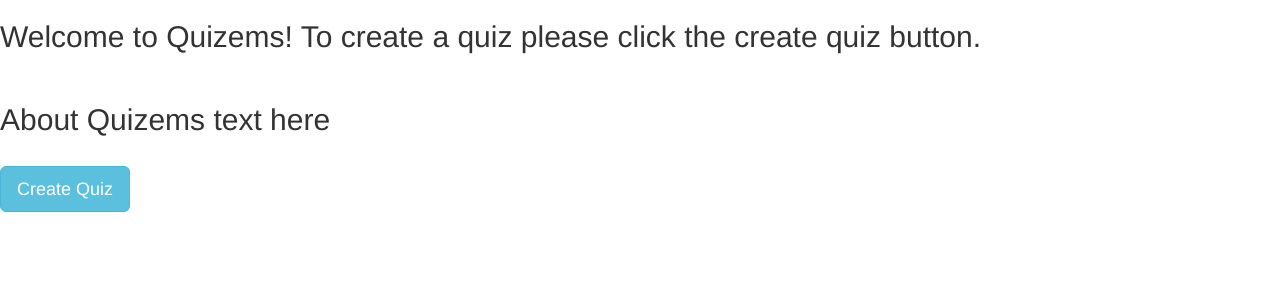
Repository: phillipdacosta/QuizemsNew
Page: /
An editor plug-in stored every save of this project. The page is shown before and after the next save, followed by the edit.
The browser window is 1280 px wide. The pictures show the whole page.
Some web libraries are served in a nearby version. The project was rebuilt for these pictures with package versions that can differ from the ones it lists, and the page was loaded fresh each time. Also part of the build but not shown: angular.json, src/app/professor/professor.component.ts, src/app/data.service.ts, src/app/question.model.ts, src/app/quiz/quiz.component.ts, src/app/student/student.component.ts, src/app/questions/questions.component.ts, src/app/question-display/question-display.component.ts and 1 more.

Above is the page before, as saved 2019-06-29 12:48:56.

After the next save:
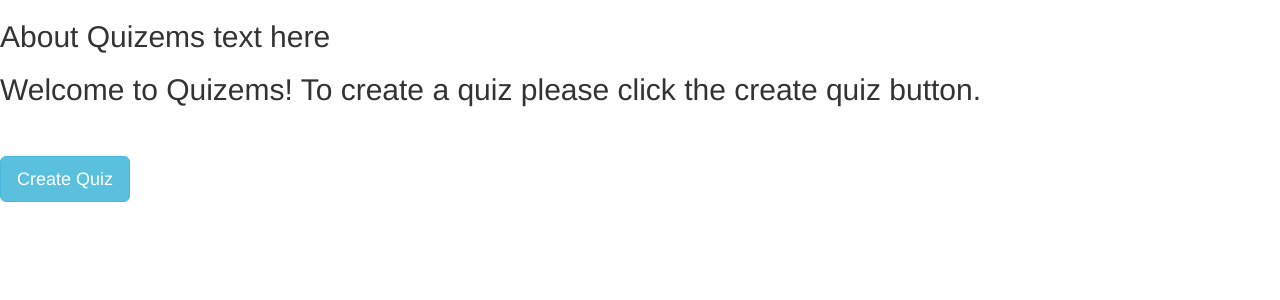
Saved 19 s later.
--- a/src/app/about/about.component.html
+++ b/src/app/about/about.component.html
@@ -1,9 +1,12 @@
+<h2>
+    About Quizems text here
+  </h2>
+
+
 <h2>
   Welcome to Quizems! To create a quiz please click the create quiz button.
 </h2>
 <br>
-<h2>
-    About Quizems text here
-  </h2>
+
   <br>
 <button type="button" class="btn btn-info btn-lg" (click) = "navigateToQuiz()">Create Quiz</button>
